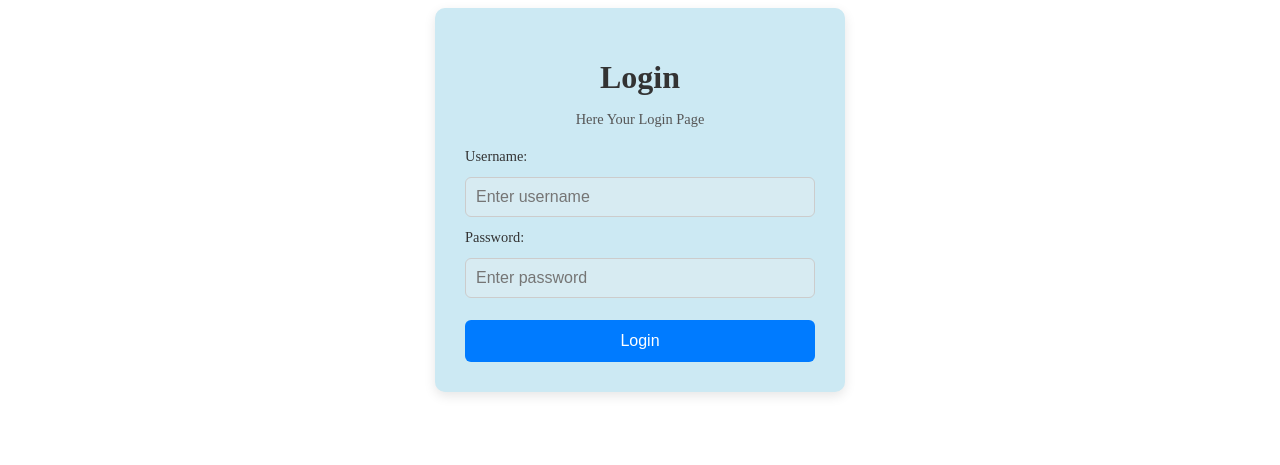
Repository: AdityaTech-Pro/FullStackWithBridgelabz
Page: login form/index.html
These files come from the project's save history. The page is drawn as it stood at one moment and after the next save; the edit follows.
The browser window is 1280 px wide. The pictures show the whole page.

Above is the page before, as saved 2025-11-17 09:44:40.
Console error: ReferenceError: inputUsername is not defined

After the next save:
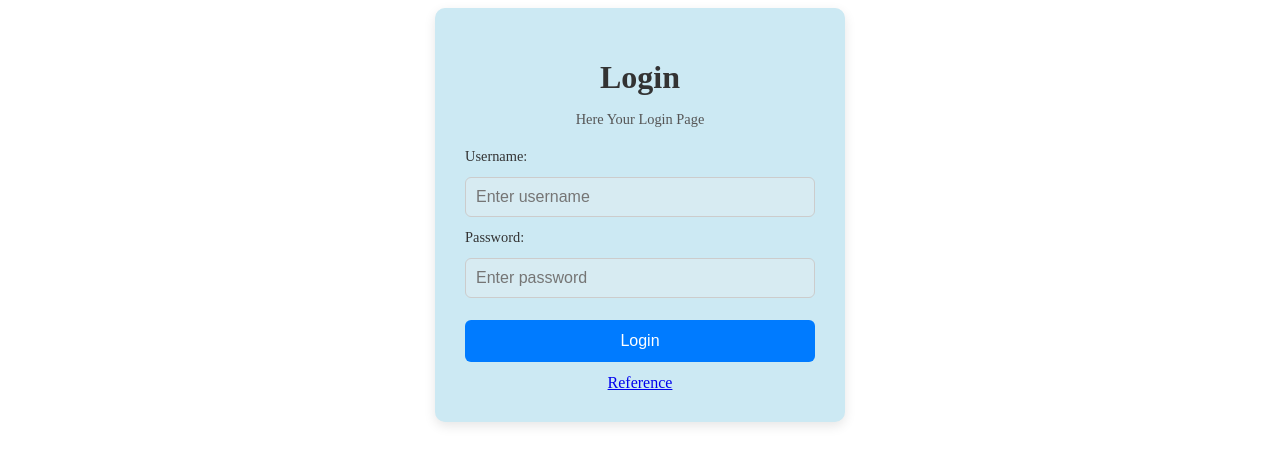
Saved 4 s later.
--- a/login form/index.html
+++ b/login form/index.html
@@ -24,7 +24,9 @@
 
 
             <button accesskey="index.html">Login</button>
-
+            <div id="referenceBox" class="hidden">
+                <a href="#" class="ref-link">Reference</a>
+            </div>
         </div>
     </main>
 
